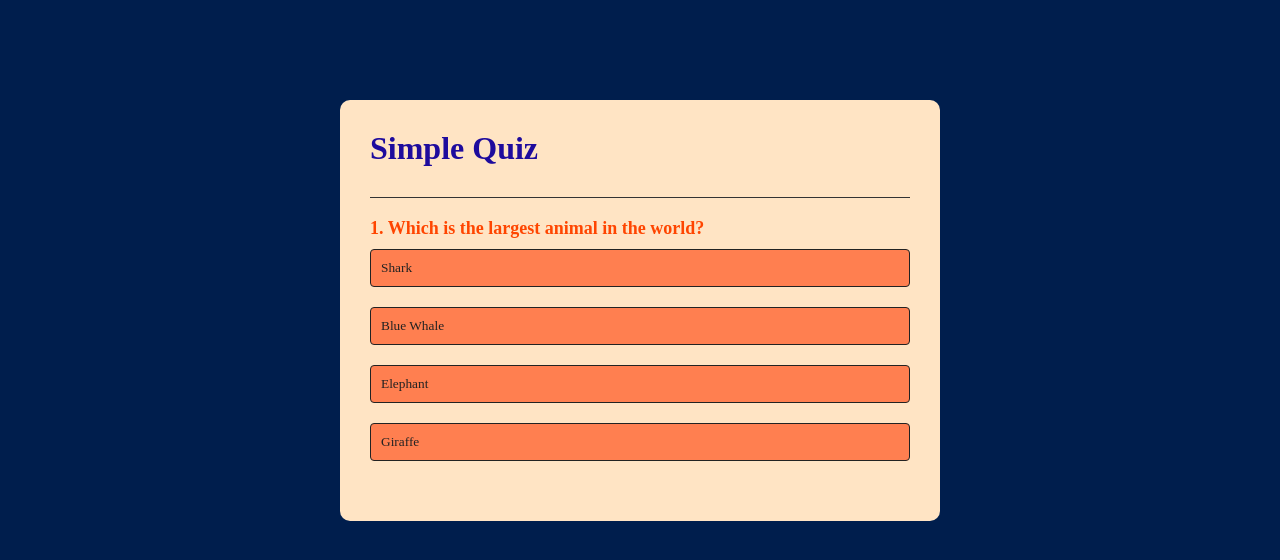
Repository: supriya123yadav/Quiz-project
Page: index.html
These files come from the project's save history. The page is drawn as it stood at one moment and after the next save; the edit follows.
The browser window is 1280 px wide. The pictures show the whole page.
After loading, the first visible `button.btn` was clicked once.

Above is the page before, as saved 2024-07-11 10:23:48.

### index.html
<!DOCTYPE html>
<html lang="en">

<head>
    <meta charset="UTF-8">
    <meta name="viewport" content="width=device-width, initial-scale=1.0">
    <title>Quiz App - Easy Tutorials</title>
    <link rel="stylesheet" href="style.css">
</head>

<body>
    <div class="app">
        <h1>Simple Quiz</h1>
        <div class="quiz">
            <h2 id="question">Question goes here</h2>
            <div id="answer-buttons">
                <button class="btn">Answer 1</button>
                <button class="btn">Answer 2</button>
                <button class="btn">Answer 3</button>
                <button class="btn">Answer 4</button>
            </div>
            <button id="next-btn">Next-btn</button>

        </div>


    </div>
<script src="script.js"></script>
</body>

</html>

### style.css
* {
    margin: 0px;
    padding: 0px;
    font-family: serif;
    box-sizing: border-box;

}
body{
    background: #001e4d;
}
.app{
    background:bisque;
    width: 90%;
    max-width: 600px;
    margin: 100px auto 0;
    border-radius: 10px;
    padding: 30px;

}
.app h1{
   font-weight: 25px;
   color: rgb(30, 11, 157);
   font-weight: 600px;
   border-bottom: 1px solid #333;
   padding-bottom: 30px;
}
.quiz{
    padding: 20px 0;

}
.quiz h2{
    font-size: 18px;
    color: orangered;
    font-weight: 600;

}
.btn{
    background: coral;
    color: #222;
    font-weight: 500;
    width: 100%;
    border: 1px solid #222;
    padding: 10px;
    margin: 10px 0;
    text-align: left;
    border-radius: 4px;
    cursor: pointer;
}
.btn:hover{
    background: rgb(140, 42, 42);
    color: white;
}
#next-btn{
    background: #43261f;
    color: #fff;
    font-weight: 500;
    width: 150px;
    border: 0;
    padding: 10px;
    margin: 20px auto 0;
    cursor: pointer;
    display: none;

}

### script.js
const questions = [
    {
       question: "Which is the largest animal in the world?",
       answers: [
        { text: "Shark", correct: false},
        { text: "Blue Whale", correct: true},
        { text: "Elephant", correct: false},
        { text: "Giraffe", correct: false},

       ]

    },
    {
        question: "Which is the smallest country in the world?",
        answers: [
         { text: "Vatican City", correct: true},
         { text: "Bhutan", correct: false},
         { text: "Nepal", correct: false},
         { text: "Sri Lanka", correct: false},

        ]
     },
     {
        question: "Which is the largest desert in the world?",
        answers: [
         { text: "Kalahari", correct: false},
         { text: "Gobi", correct: false},
         { text: "Sahara", correct: false},
         { text: "Antarctica", correct: true},

        ]
     },
     {
        question: "Which is the smallest continent in the world?",
        answers: [
         { text: "Asia", correct: false},
         { text: "Australia", correct: true},
         { text: "Arctic", correct: false},
         { text: "Africa", correct: false},

        ]
     }

];

const questionElement = document.getElementById("question");
const answerButtons = document.getElementById("answer-buttons");
const nextButton = document.getElementById("next-btn");

let currentQuestionIndex = 0;
let score = 0;

function startQuiz(){
    currentQuestionIndex = 0;
    score = 0;
    nextButton.innerHTML = "Next";
    showQuestion();
}
function showQuestion(){
   resetState();
    let currentQuestion = questions[currentQuestionIndex];
    let questionNo = currentQuestionIndex + 1;
    questionElement.innerHTML = questionNo + ". " + currentQuestion.question;

    currentQuestion.answers.forEach(answer =>{
      const button = document.createElement("button");
      button.innerHTML = answer.text;
      button.classList.add("btn");
      answerButtons.appendChild(button);
      if(answer.correct){
         button.dataset.correct = answer.correct;
      }
      button.addEventListener("click",selectAnswer);
    });

}

function resetState(){
   nextButton.style.display = "none";
   while(answerButtons.firstChild){
      answerButtons.removeChild(answerButtons.firstChild);
   }
}
function selectAnswer(e){
   const selectedBtn = e.target;
   const isCorrect = selectedBtn.dataset.correct === "true"
   if(isCorrect){
      selectedBtn.classList.add("correct");

   }
   else{
      selectedBtn.classList.add("incorrect");
   }
}

startQuiz();

After the next save:
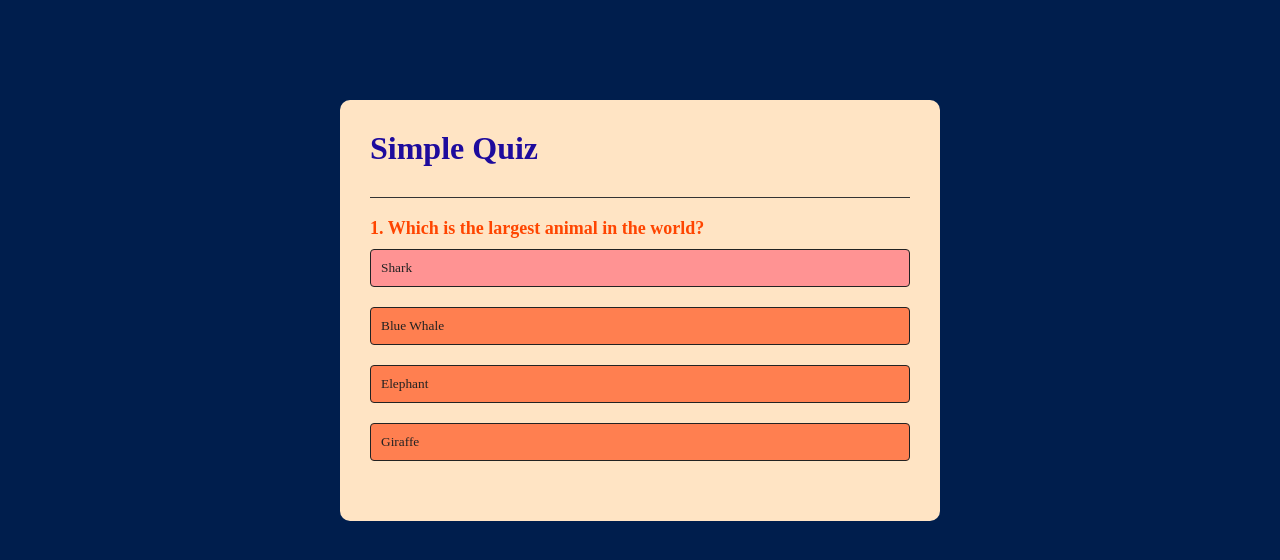
Saved 100 s later.
--- a/style.css
+++ b/style.css
@@ -62,3 +62,9 @@ body{
     display: none;
 
 }
+.correct{
+    background: #9aeabc;
+}
+.incorrect{
+    background: #ff9393;
+}
